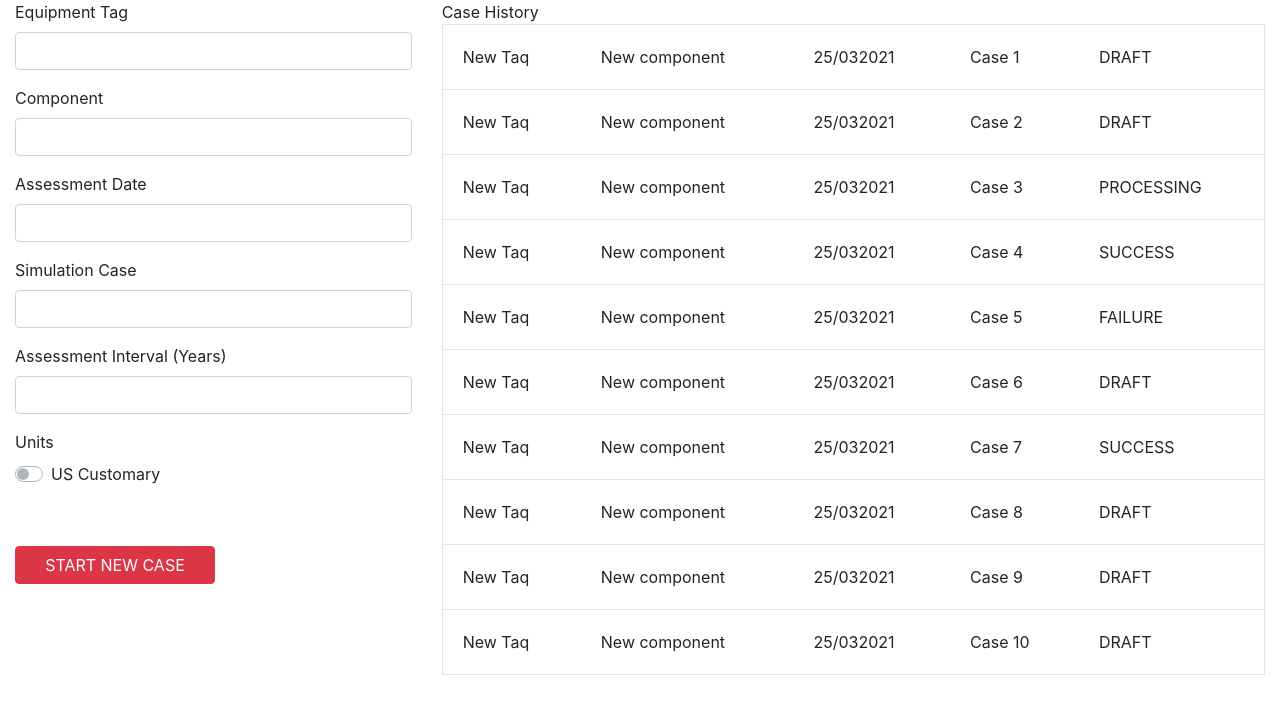
Repository: arif286/dashboard
Page: /
These files come from the project's save history. The page is drawn as it stood at one moment and after the next save; the edit follows.
The browser window is 1280 px wide. The pictures show the whole page.
The project was rebuilt for these pictures with package versions that can differ from the ones it lists, and the page was loaded fresh each time. The framework's server and built-in components were replaced by stand-ins that run in the browser. Also part of the build but not shown: nuxt.config.js, components/Nav.vue.

Above is the page before, as saved 2021-06-18 19:11:56.

After the next save:
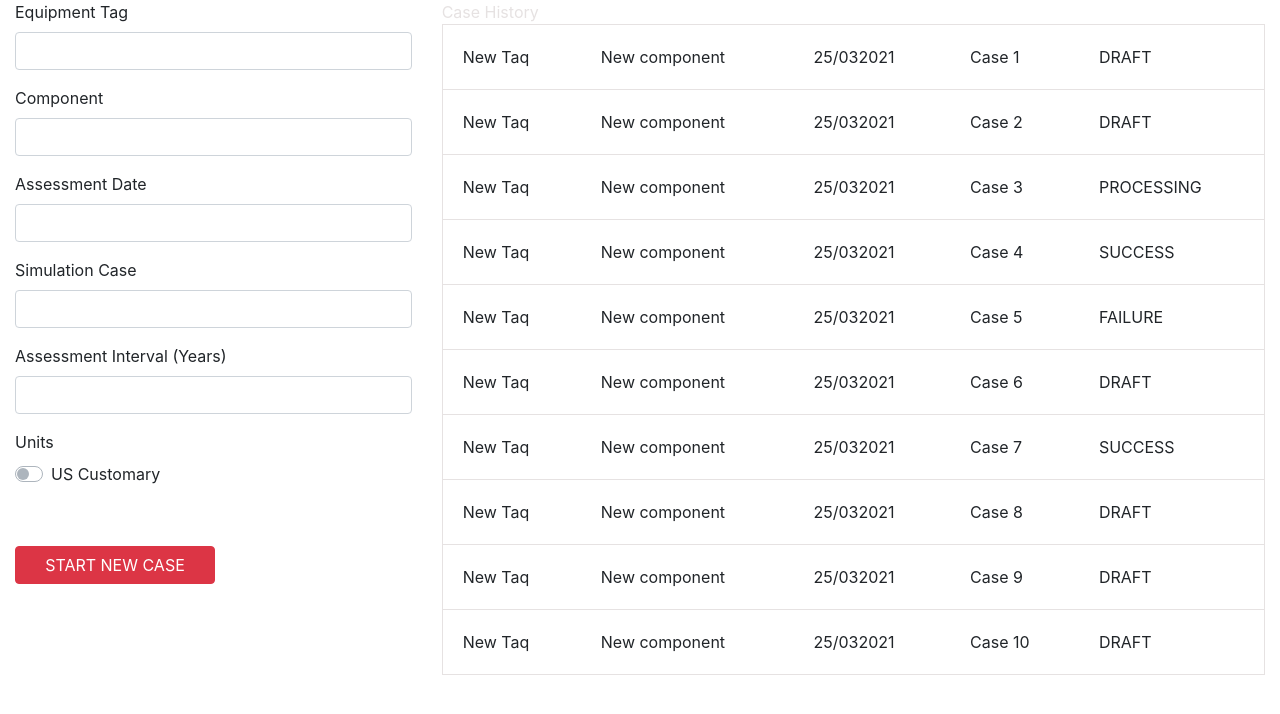
Saved 30 s later.
--- a/components/Table.vue
+++ b/components/Table.vue
@@ -56,5 +56,6 @@ export default {
 }
 .title{
   margin-bottom: 0px;
+  color: #e6e2e2;
 }
 </style>
